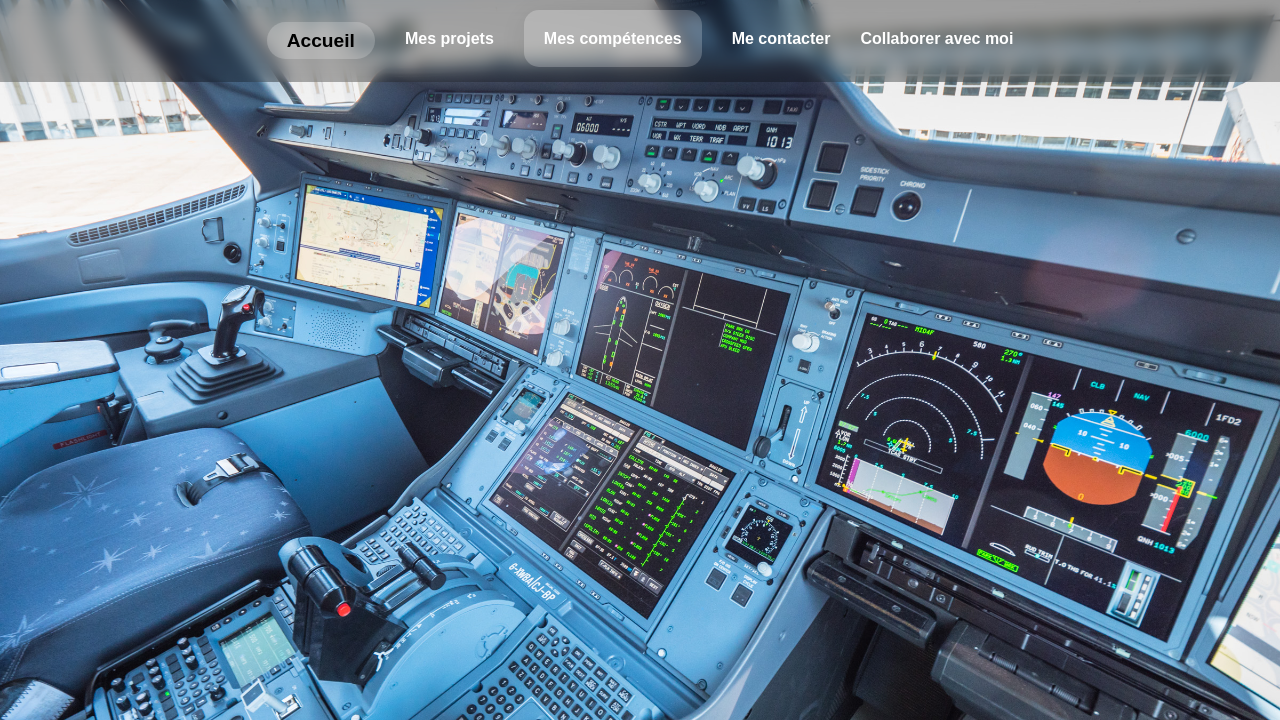
Repository: nlagardere/myportfolio
Page: competences.html
An editor plug-in stored every save of this project. The page is shown before and after the next save, followed by the edit.
The browser window is 1280 px wide. The pictures show the whole page.

Above is the page before, as saved 2025-09-06 10:38:03.

After the next save:
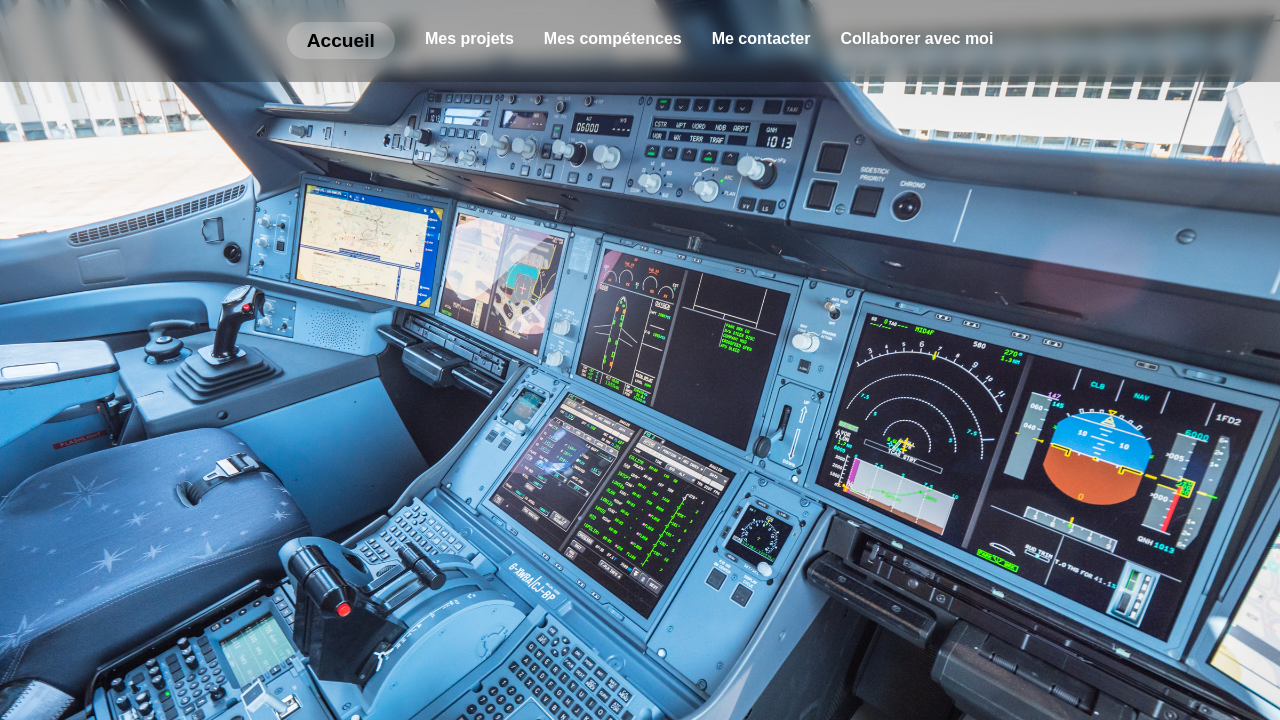
Saved 6 s later.
--- a/competences.html
+++ b/competences.html
@@ -108,7 +108,7 @@
           <a href="index - Copie.html" class="accueil-wrapper">Accueil</a>
         </li>
         <li><a href="projects.html" class="projets-wrapper">Mes projets</a></li>
-        <li><a href="competences.html" class="competences">Mes compétences</a></li>
+        <li><a href="competences.html" class="competences-wrapper">Mes compétences</a></li>
        <li><a href="contact.html">Me contacter</a></li>
         <li><a href="collaborate.html">Collaborer avec moi</a></li>
       </ul>
